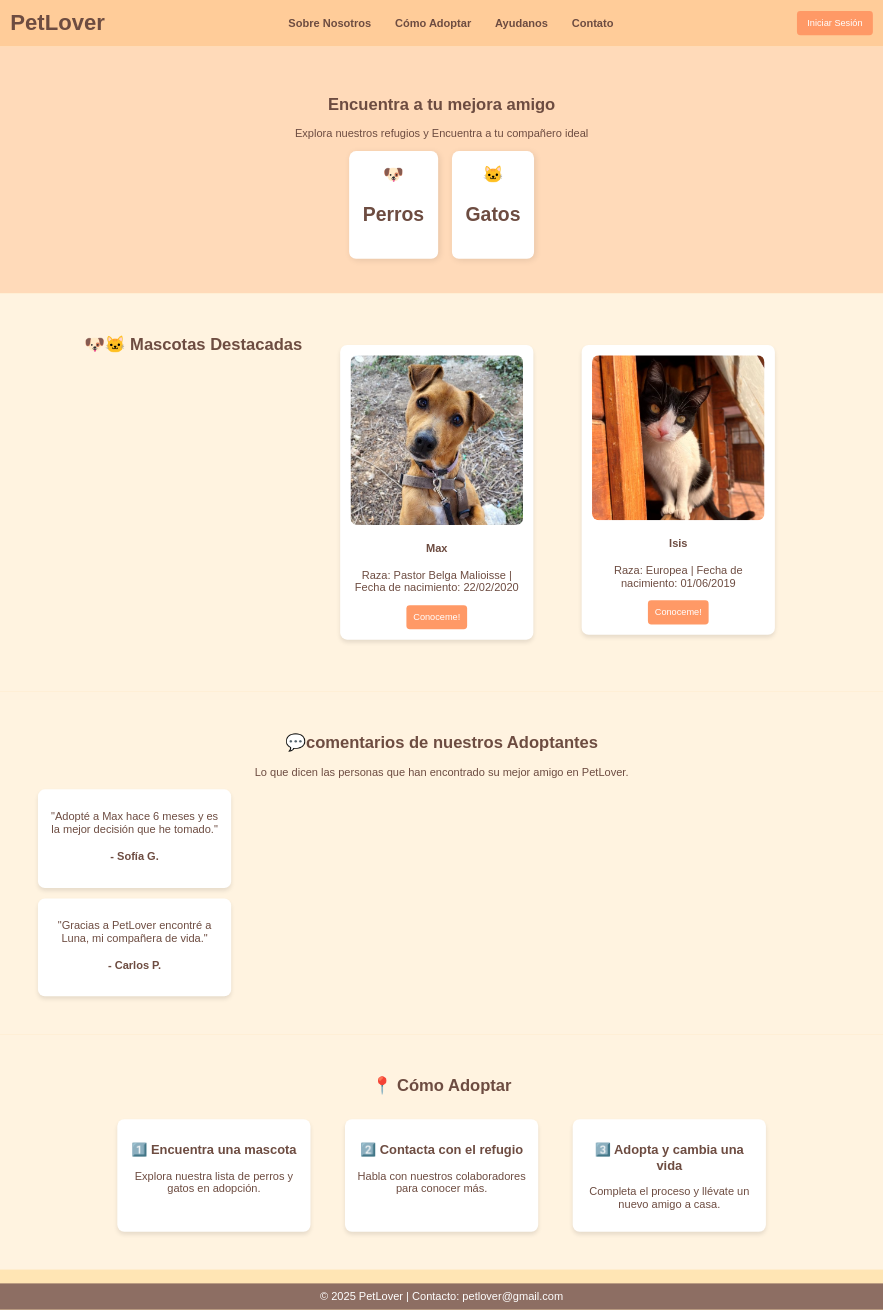
Repository: adriarodrisan/PetLover
Page: Paginas_web/Home_Petlover.html
An editor plug-in stored every save of this project. The page is shown before and after the next save, followed by the edit.
The browser window is 1280 px wide. The pictures show the whole page, at 69% of full size.

Above is the page before, as saved 2025-02-17 18:25:55.

### Paginas_web/Home_Petlover.html
<!DOCTYPE html>
<html lang="es">
<head>
    <meta charset="UTF-8">
    <meta name="viewport" content="width=device-width, initial-scale=1.0">
    <title>PetLover home - Adopción de Mascotas </title>
    <link rel="stylesheet" href="/Css_Paginas/Home_Petlover.css">
</head>
<body>
    <header>
        <div class="logo-contenedor">
            <h1> PetLover</h1>
        </div>
<!-- 🎥 Nuestros apartados de informacion, enlaces y boton de inicio de sesión -->
        <nav>
            <a href="#AboutUs">Sobre Nosotros</a>
            <a href="#Adopcion">Cómo Adoptar</a>
            <a href="#Ayudas">Ayudanos</a>
            <a href="#Contactos">Contato</a>
        </nav>
        <button class="boton-autenticacion"> Iniciar Sesión </button>
    </header>
 <!-- 🎥 Separacion entre gato y perro  -->
    <section class= "seccion-principal">
        <h2>Encuentra a tu mejora amigo</h2>
        <p>Explora nuestros refugios y Encuentra a tu compañero ideal</p>
        <div class="contenedor-categorias">
            <a href="perros.html" class="tarjeta-categoria">🐶 <h3>Perros</h3></a>
            <a href="gatos.html" class="tarjeta-categoria">🐱 <h3>Gatos</h3></a>
        </div>
    </section>
<!-- 🐾 Sección de Perros y Gatos Destacados con grandes necesidades! -->
<!-- 🐾 Sección de Perros -->
    <section class="seccion-destacados">
        <h2>🐶🐱 Mascotas Destacadas</h2>
        <div class="contenedor-destacados">
            <div class="tarjeta-mascota">
                <img src="/nerea.png" alt="Perro en adopción">
                <h4>Max</h4>
                <p>Raza: Pastor Belga Malioisse | Fecha de nacimiento: 22/02/2020</p>
                <button> Conoceme! </button>
            </div>
<!-- 🐾 Sección de Gatos -->
            <div class="tarjeta-mascota">
                <img src="/isis.png" alt="Gato en adopción">
                <h4>Isis</h4>
                <p> Raza: Europea | Fecha de nacimiento: 01/06/2019</p>
                <button>Conoceme! </button>
            </div>
        </div>
    </section>
<!-- 🐾 Sección de comentarios de Adoptantes (en preparación) -->
    <section class=" seccion-testimonios">
        <h2>💬comentarios de nuestros Adoptantes </h2>
        <p>Lo que dicen las personas que han encontrado su mejor amigo en PetLover.</p>
        <div class="tarjeta-testimonio">
            <p>"Adopté a Max hace 6 meses y es la mejor decisión que he tomado."</p>
            <h4>- Sofía G.</h4>
        </div>
        <div class="tarjeta-testimonio">
            <p>"Gracias a PetLover encontré a Luna, mi compañera de vida."</p>
            <h4>- Carlos P.</h4>
        </div>
    </section>
        <!-- 📍 Cómo Adoptar -->
    <section class="seccion-adopcion">
        <h2>📍 Cómo Adoptar</h2>
        <div class="contenedor-pasos">
            <div class="paso">
                    <h3>1️⃣ Encuentra una mascota</h3>
                    <p>Explora nuestra lista de perros y gatos en adopción.</p>
                </div>
                <div class="paso">
                    <h3>2️⃣ Contacta con el refugio</h3>
                    <p>Habla con nuestros colaboradores para conocer más.</p>
                </div>
                <div class="paso">
                    <h3>3️⃣ Adopta y cambia una vida</h3>
                    <p>Completa el proceso y llévate un nuevo amigo a casa.</p>
                </div>
            </div>
    </section>
        <footer class="pie-pagina">
            © 2025 PetLover | Contacto: petlover@gmail.com
        </footer>
</body>
</html>

### Css_Paginas/Home_Petlover.css
body{
    font-family: 'Arial', sans-serif;
    background-color: #ffe5b4;
    color: #6d4c41;
    margin: 0;
    text-align: center;
}
header{
    background-color: #FFCC99;
    padding: 15px;
    display: flex;
    justify-content: space-between;
    align-items: center;
}
.logo-contenedor h1{
    margin: 0;
}
nav a{
    text-decoration: none;
    color: #6d4c41;
    font-weight: bold;
    margin:0 15px;
}
.boton-autenticacion{
    background-color: #FF9966;
    border:none ;
    color: white;
    padding: 10px 15px;
    border-radius: 5px;
    cursor: pointer;
}
.boton-autenticacion:hover{
    background-color: #FF7043;
}
.seccion-principal{
    background-color: #ffdab9;
    padding: 50px 20px;
}

.contenedor-categorias{
    display: flex;
    justify-content: center;
    gap: 20px;

}
.tarjeta-categoria{
    text-decoration: none;
    background: white;
    padding: 20px;
    border-radius: 10px;
    color: #6d4c41;
    font-size: 1.5rem;
    box-shadow: 2px 2px 10px rgba(0, 0, 0, 0.1);
    transition: transform 0.2s ease-in-out;
}
.tarjeta-categoria:hover{
    transform: scale(1.1);
}
.seccion-destacados, .seccion-testimonios, .seccion-adopcion {
    padding: 40px;
    background-color: #FFF3E0;
}
.seccion-destacados, .contenedor-pasos{
    display: flex;
    justify-content: center;
    gap: 20px;
    flex-wrap: wrap;

}
.tarjeta-mascota, .tarjeta-testimonio, .paso{
    background-color: white;
    border-radius: 10px;
    padding: 15px;
    margin :15px;
    box-shadow: 0px 4px 6px rgba(0, 0, 0, 0.1);
    text-align: center;
    width: 250px;
}
.tarjeta-mascota img {
    max-width: 250px;
    height: auto;
    border-radius: 10px;
}
.tarjeta-mascota button{
    background-color: #FF9966;
    border: none;
    color: white;
    padding:10px;
    border-radius: 5px;
    cursor:pointer;
}
.tarjeta-mascota button:hover {
    background-color: #FF7043;
}
.pie-pagina {
    background-color: #8D6E63;
    color: white;
    padding: 10px;
    margin-top: 20px;
}
.contenedor-destacados {
    display: flex;
    justify-content: center;
    align-items:flex-start ;
    flex-wrap: wrap;
    gap: 40px;
    padding: 20px;
}

After the next save:
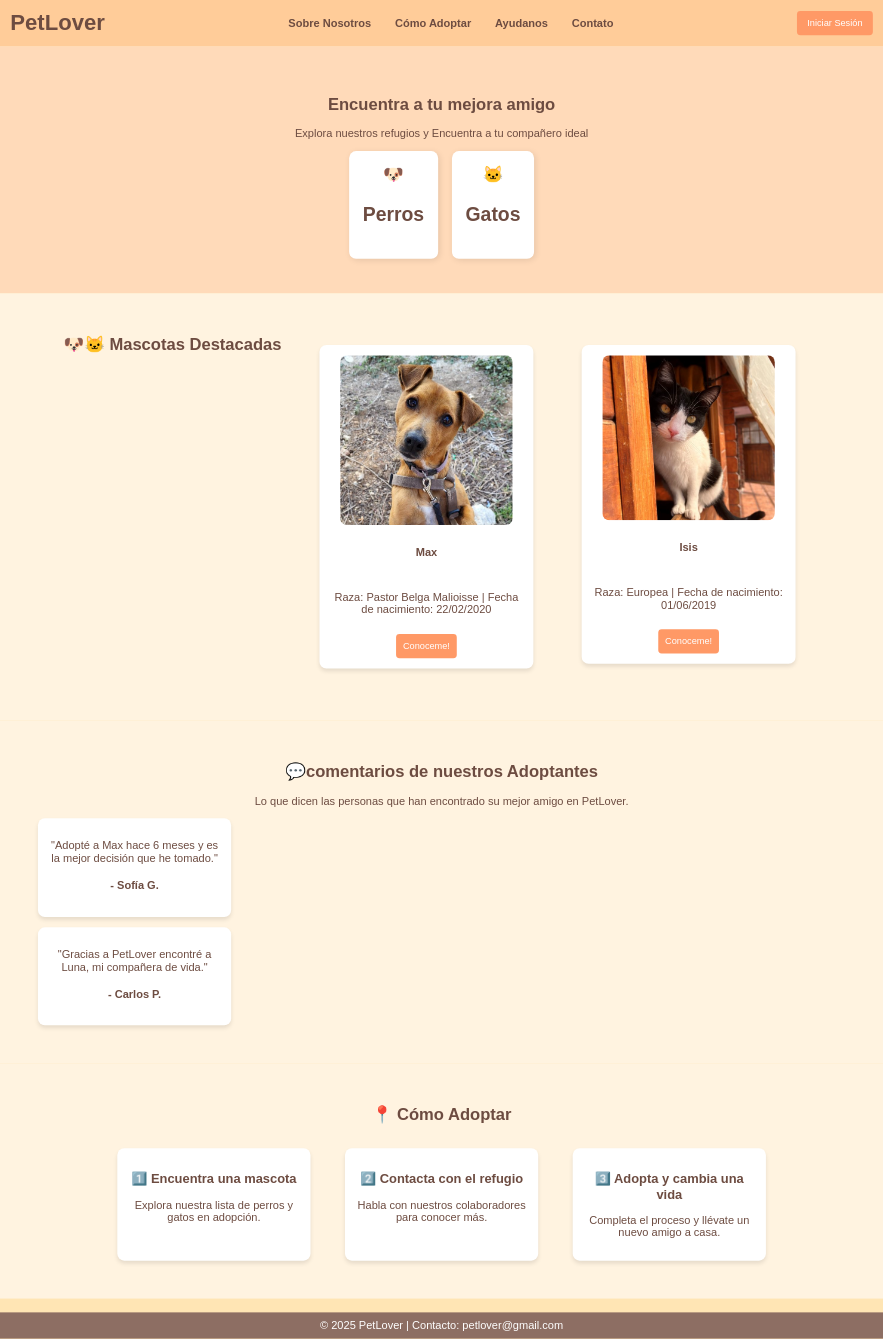
Saved 60 s later.
--- a/Css_Paginas/Home_Petlover.css
+++ b/Css_Paginas/Home_Petlover.css
@@ -106,3 +106,15 @@
     gap: 40px;
     padding: 20px;
 }
+.tarjeta-mascota {
+    background-color: white;
+    border-radius: 10px;
+    padding: 15px;
+    box-shadow: 0px 4px 6px rgba(0, 0, 0, 0.1);
+    text-align: center;
+    width: 280px;
+    display: flex;
+    flex-direction: column;
+    align-items: center;
+    gap: 10px;
+}
